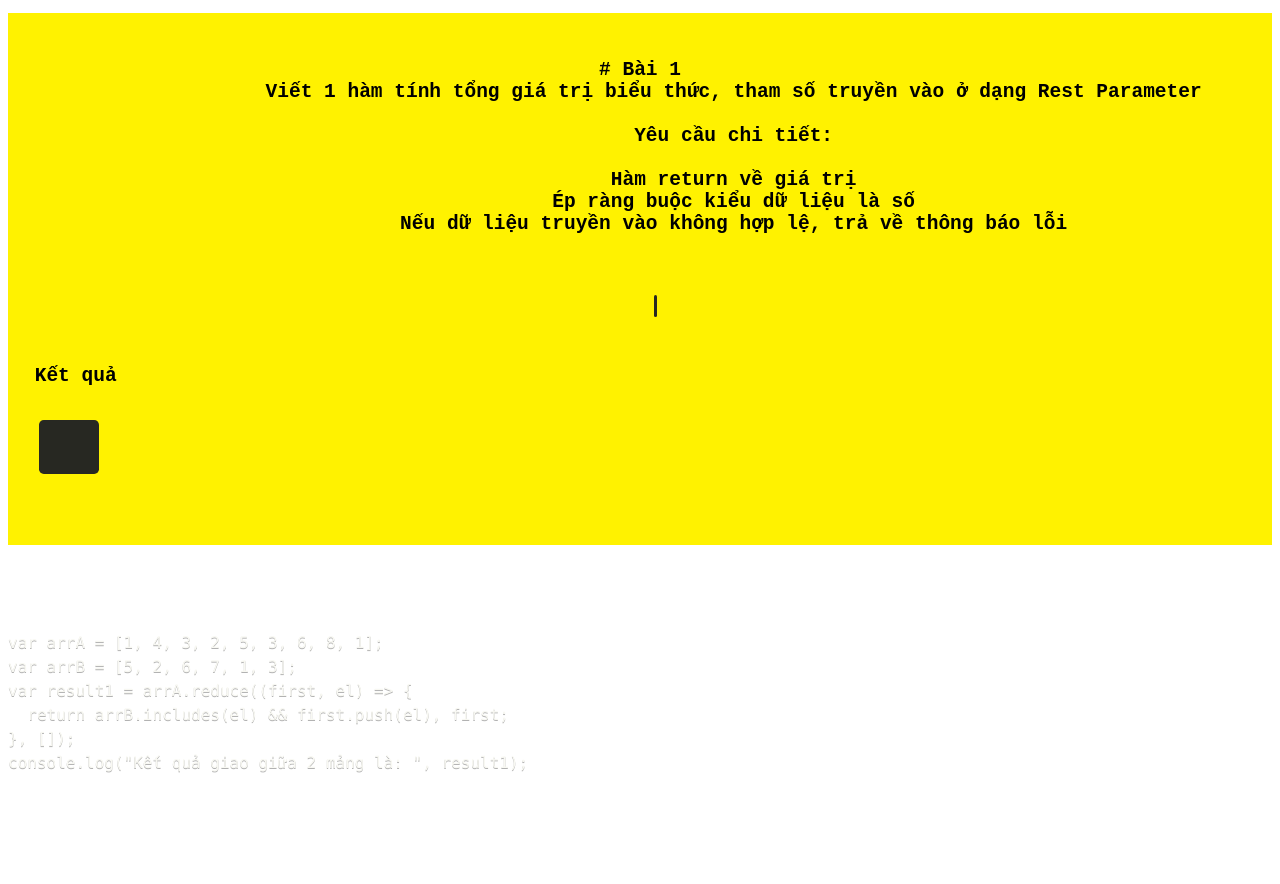
Repository: Dongnguyen318/Quydong
Page: Day 22/ex01.html
The author's editor kept a copy of each file at every save. The page is drawn from the files as they stood at one save, then again after the next save.
The browser window is 1280 px wide. The pictures show the whole page.

Above is the page before, as saved 2023-08-29 23:47:35.

After the next save:
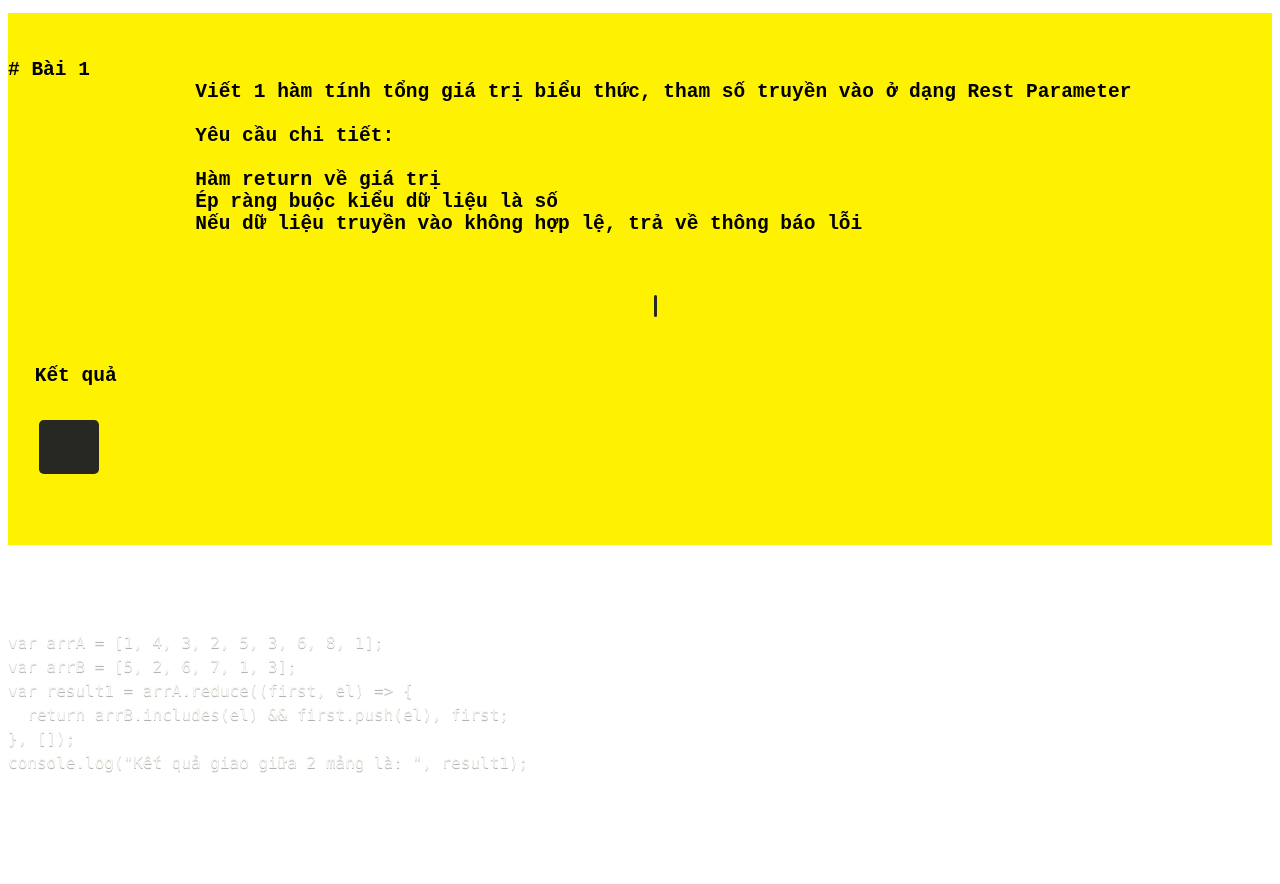
Saved 34 s later.
--- a/Day 22/ex01.html
+++ b/Day 22/ex01.html
@@ -13,7 +13,7 @@
   <body>
     <pre style="background-color: rgb(255, 242, 0)">
         <code >
-            <h2 style="text-align: center;"># Bài 1
+            <h2># Bài 1
                 Viết 1 hàm tính tổng giá trị biểu thức, tham số truyền vào ở dạng Rest Parameter
 
                 Yêu cầu chi tiết:
